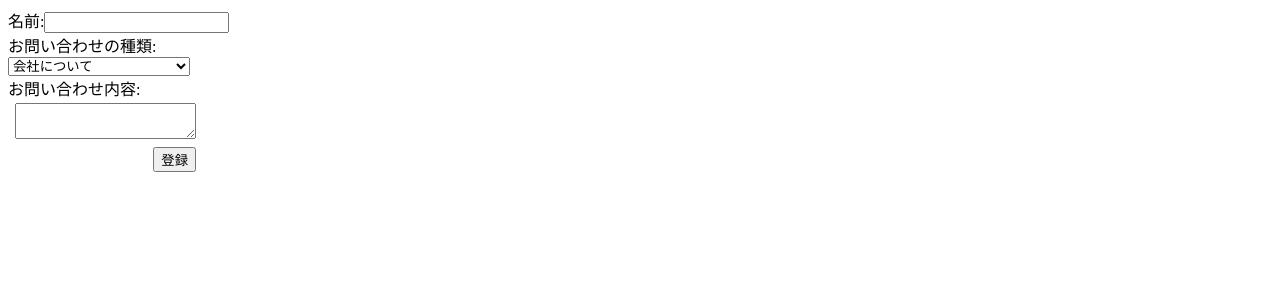
Repository: ichiharashu/test2
Page: http://localhost/WebProj/InquiryAction.action
An editor plug-in stored every save of this project. The page is shown before and after the next save, followed by the edit.
The browser window is 1280 px wide. The pictures show the whole page.
The page is served by Tomcat 9.

Above is the page before, as saved 2018-11-12 11:24:12.

After the next save:
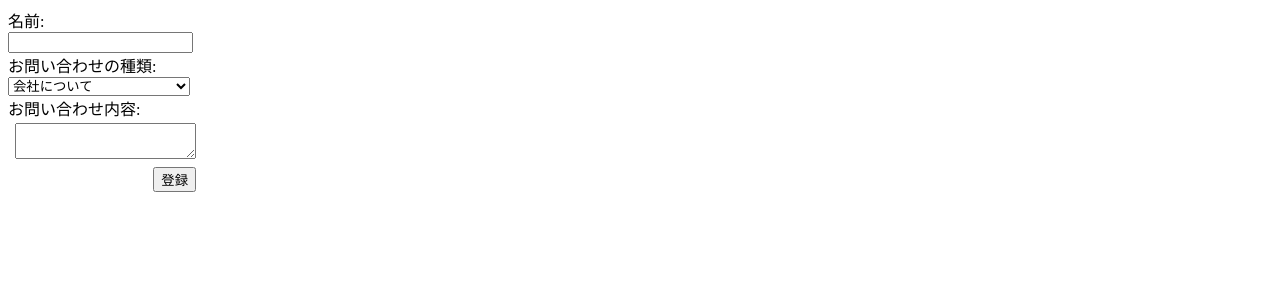
Saved 98 s later.
--- a/WebProj/WebContent/inquiry.jsp
+++ b/WebProj/WebContent/inquiry.jsp
@@ -11,7 +11,8 @@
 <body>
 
 <s:form method="post" action="InquiryCompleteAction">
-名前:<input type="text" name="name"/><br>
+名前:<br>
+<input type="text" name="name"/><br>
 お問い合わせの種類:<br>
 <select name="qtype">
   <option value="company">会社について</option>
